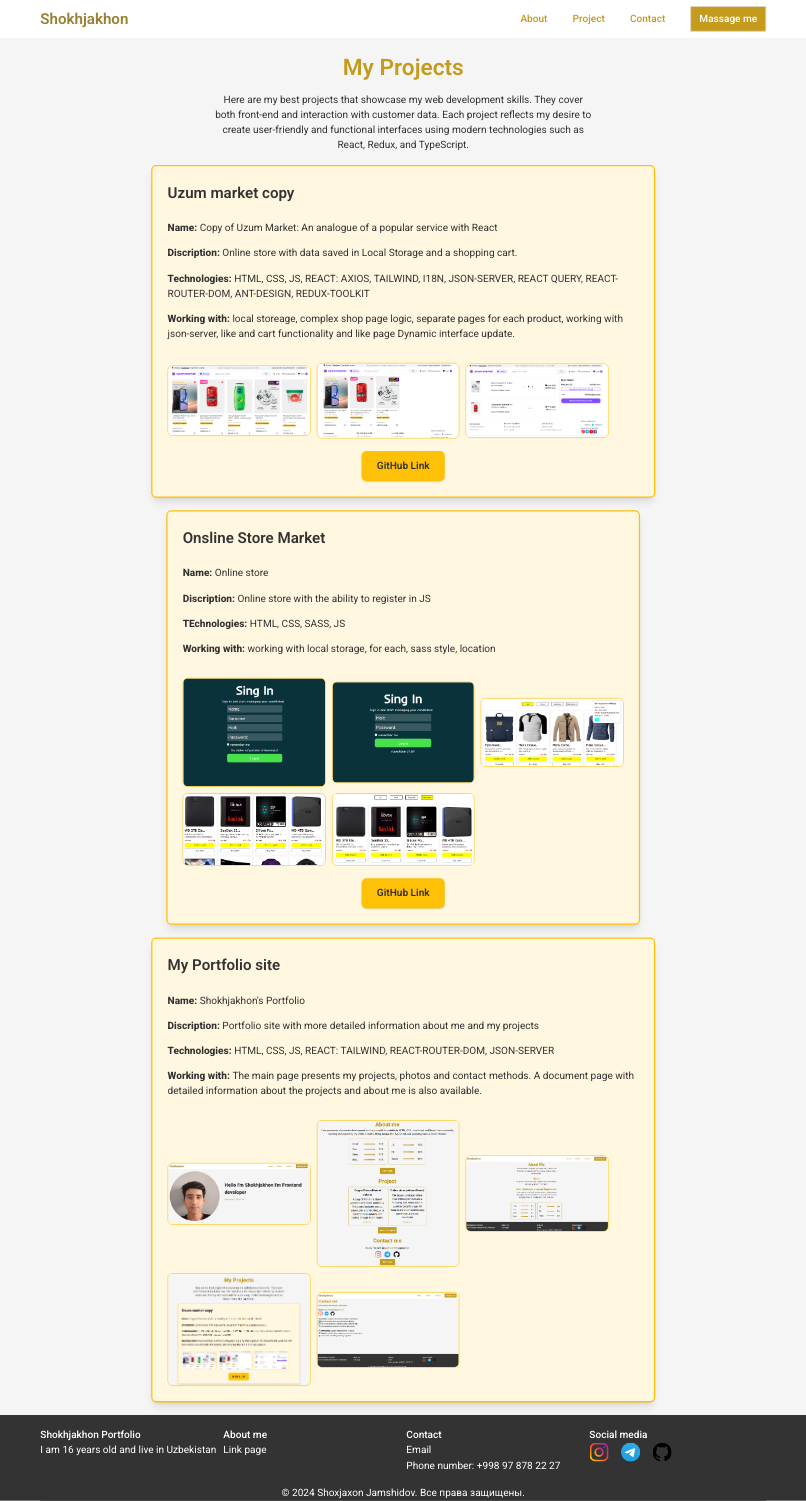
Repository: usershoh/My-Portfolio
Page: /project
The author's editor kept a copy of each file at every save. The page is drawn from the files as they stood at one save, then again after a run of saves.
The browser window is 1280 px wide. The pictures show the whole page, at 63% of full size.
The project was rebuilt for these pictures with package versions that can differ from the ones it lists, and the page was loaded fresh each time. Also part of the build but not shown: vite.config.js, src/pages/blog/index.jsx, src/components/contact/title/index.jsx, src/components/contact/details/index.jsx, src/components/contact/location/index.jsx, src/components/contact/cta/index.jsx, src/pages/contact/index.jsx, src/components/home/hero/index.jsx and 11 more.

Above is the page before, as saved 2024-12-09 14:01:34.

After the next 2 saves:
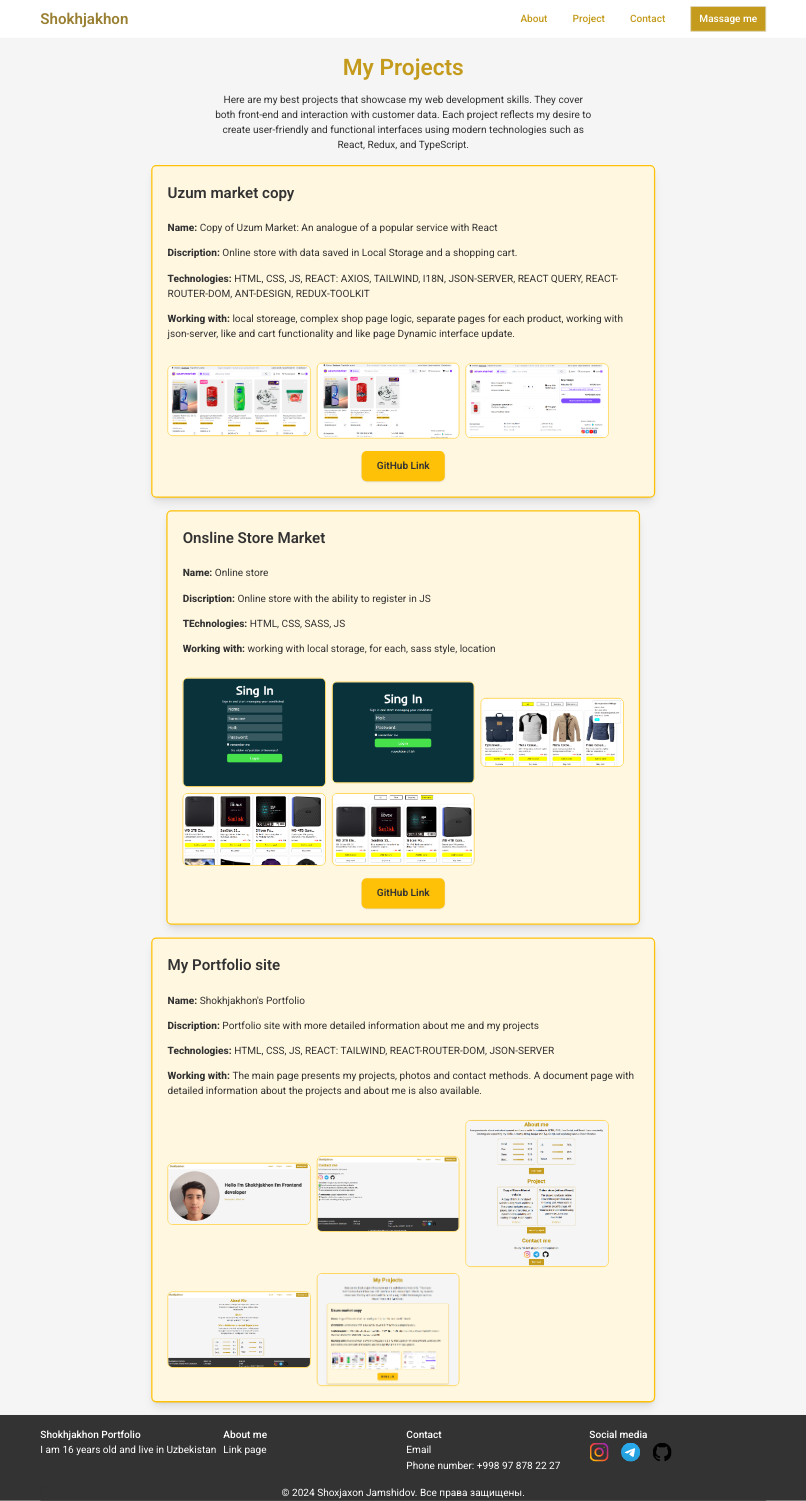
The 2 saves are shown as one change because they came seconds apart.
The last was saved 31 s later.
--- a/src/components/project/portfolio/index.jsx
+++ b/src/components/project/portfolio/index.jsx
@@ -35,6 +35,9 @@
           <img src={portfolioImg1} alt="" />
         </div>
         <div className="border border-[#FFC107] rounded-lg overflow-hidden">
+          <img src={portfolioImg5} alt="" />
+        </div>
+        <div className="border border-[#FFC107] rounded-lg overflow-hidden">
           <img src={portfolioImg2} alt="" />
         </div>
         <div className="border border-[#FFC107] rounded-lg overflow-hidden">
@@ -43,9 +46,6 @@
         <div className="border border-[#FFC107] rounded-lg overflow-hidden">
           <img src={portfolioImg4} alt="" />
         </div>
-        <div className="border border-[#FFC107] rounded-lg overflow-hidden">
-          <img src={portfolioImg5} alt="" />
-        </div>
       </div>
     </div>
   );
